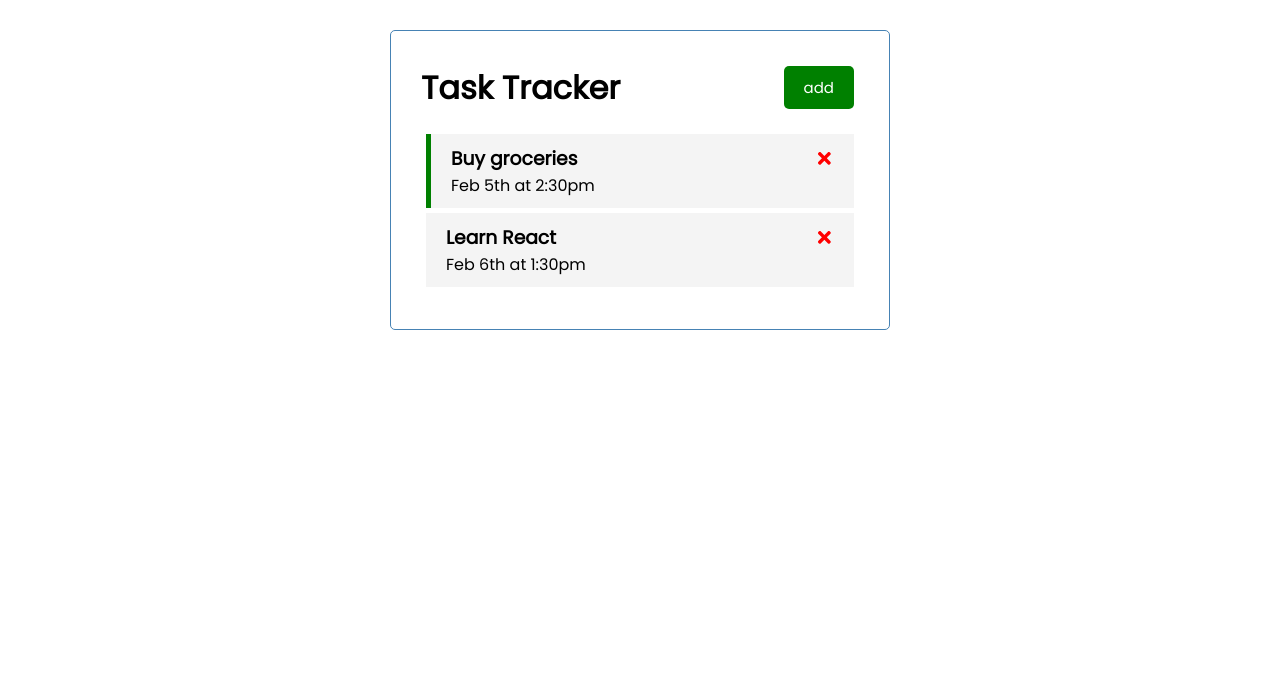
Repository: Samkiroko/task-tracker-app
Page: /
An editor plug-in stored every save of this project. The page is shown before and after the next save, followed by the edit.
The browser window is 1280 px wide. The pictures show the whole page.
The project was rebuilt for these pictures with package versions that can differ from the ones it lists, and the page was loaded fresh each time.

Above is the page before, as saved 2021-08-04 21:26:09.

After the next save:
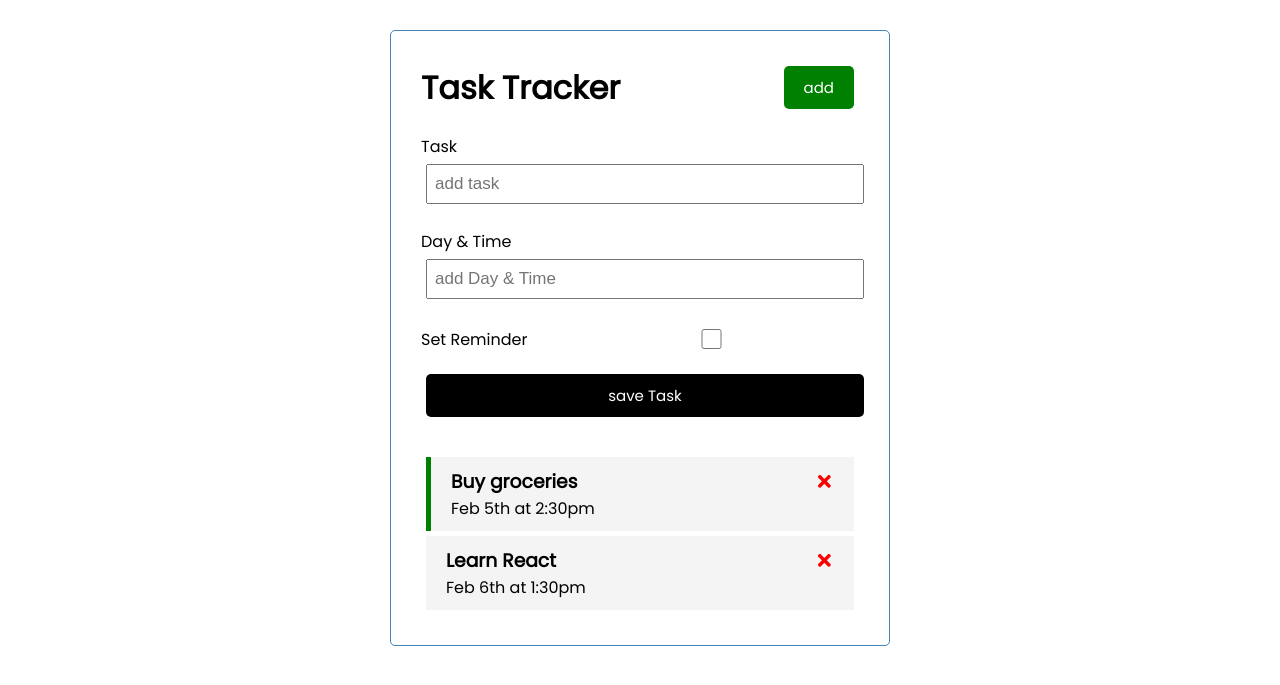
Saved 25 s later.
--- a/src/App.js
+++ b/src/App.js
@@ -1,4 +1,5 @@
 import { useState } from 'react';
+import AddTask from './components/AddTask';
 import Header from './components/Header';
 import Task from './components/Tasks';
 
@@ -35,6 +36,7 @@ function App() {
   return (
     <div className="container">
       <Header title="Task Tracker" />
+      <AddTask />
       {tasks.length > 0 ? (
         <Task tasks={tasks} onDelete={deleteTask} onToggle={toggleReminder} />
       ) : (
